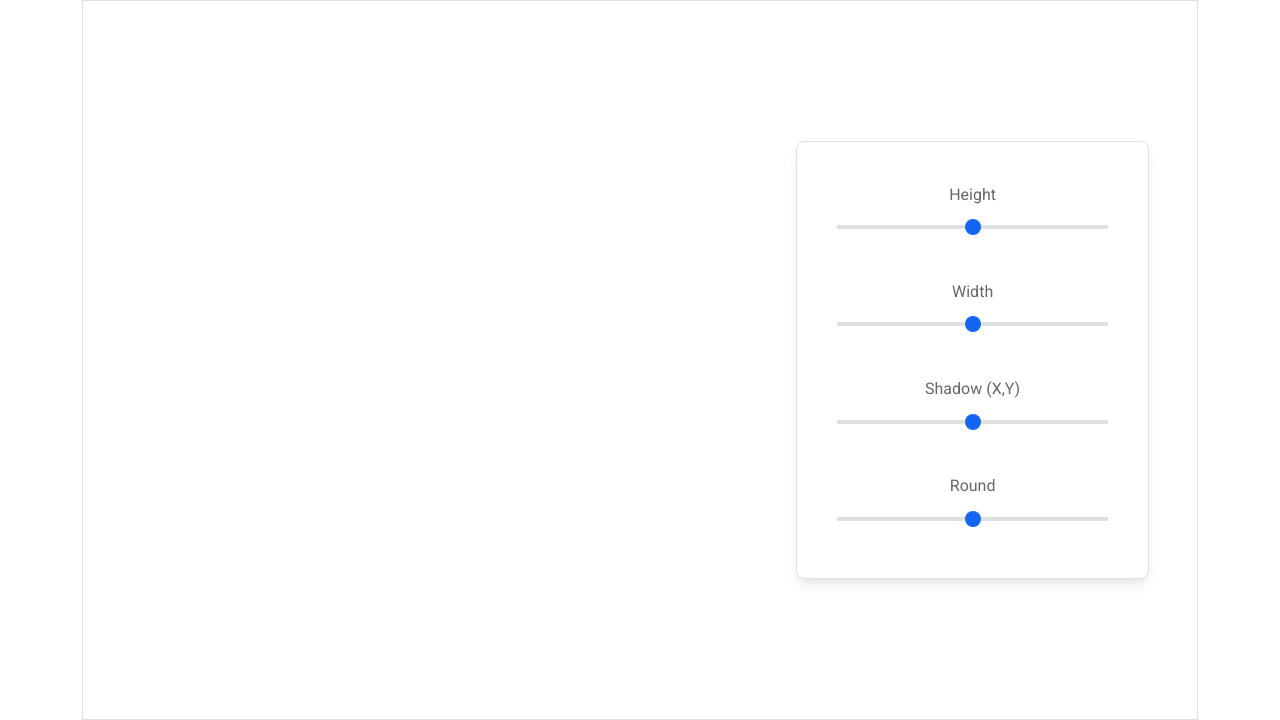
Repository: USaditya98/card-generator
Page: index.html
The author's editor kept a copy of each file at every save. The page is drawn from the files as they stood at one save, then again after a run of saves.
The browser window is 1280 px wide. The pictures show the whole page.

Above is the page before, as saved 2021-10-20 12:51:36.

After the next 2 saves:
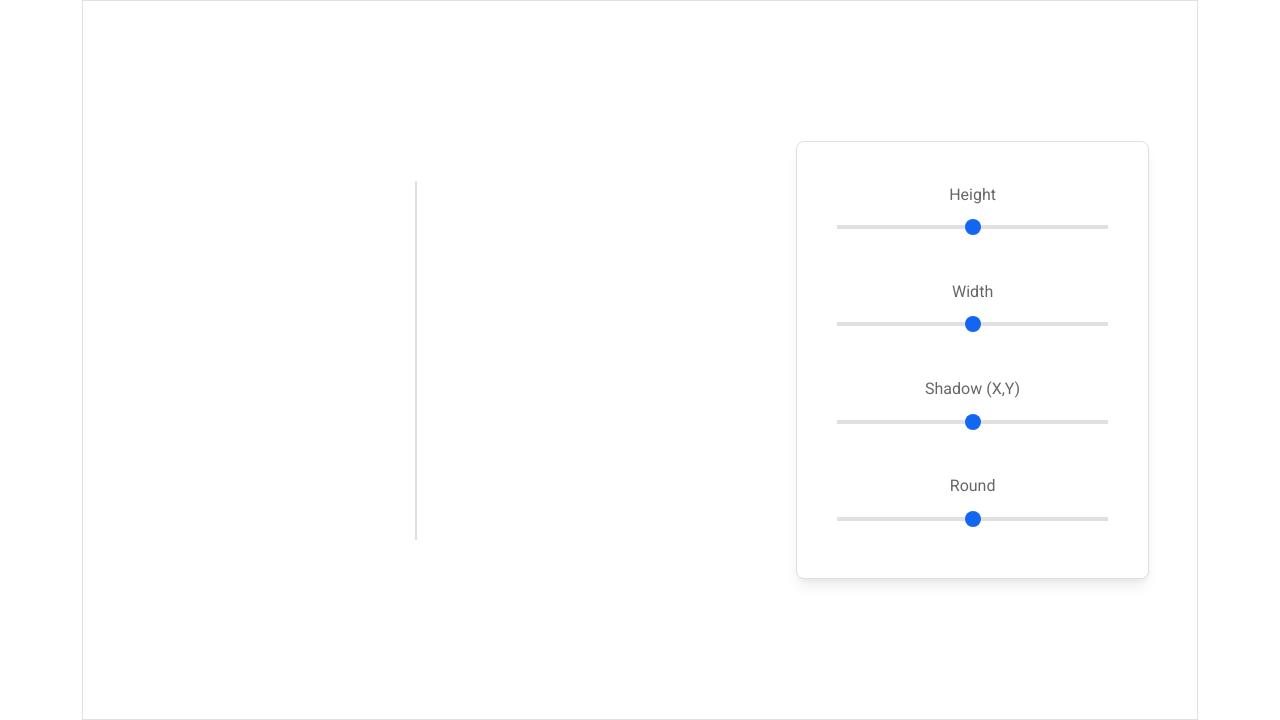
The 2 saves are shown as one change because they came seconds apart.
The last was saved 21 s later.
--- a/index.html
+++ b/index.html
@@ -22,7 +22,7 @@
     <div class="container">
       <div class="sm:flex-column d-flex justify-content-between align-items-center text-center border" style="height: 100vh;">
             <div class="d-flex justify-content-center w-100 h-50" >
-                <div class="text-center  " id="create">
+                <div class="text-center border " id="create">
                 </div>
             </div>
             <div class="sm-w-100 border w-50   p-4 mx-5 card">

After the 3 saves that followed:
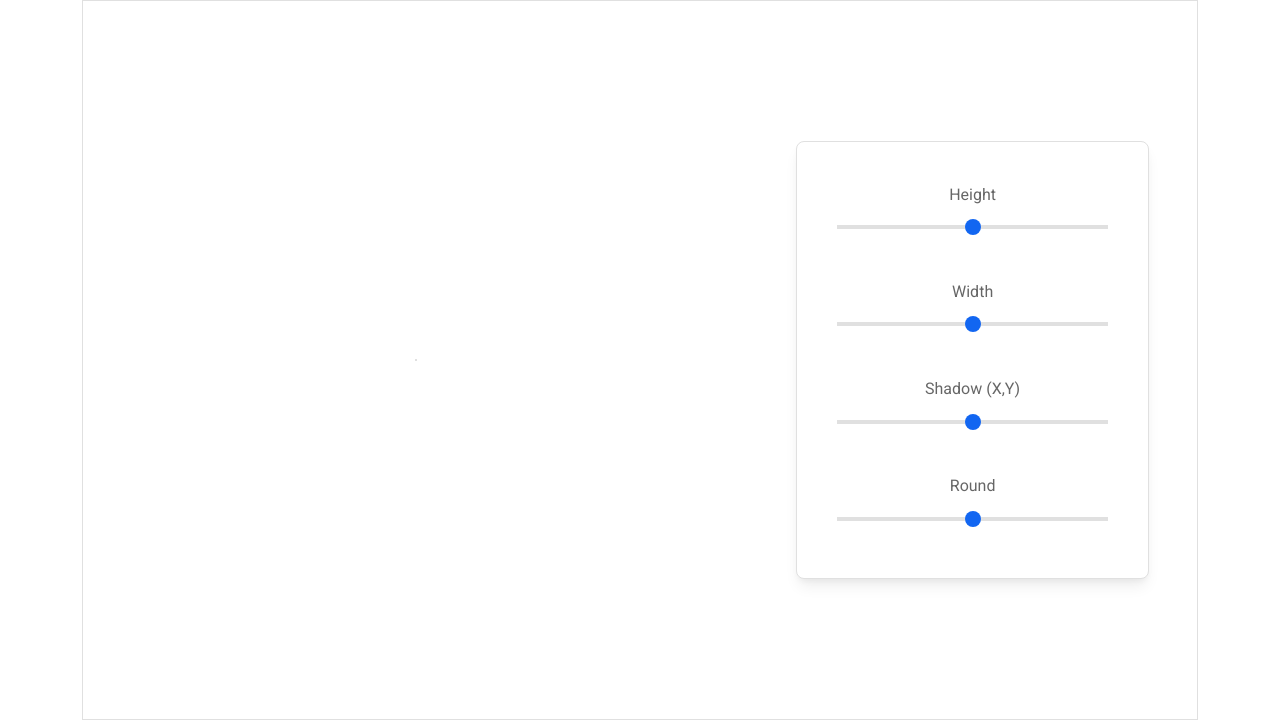
The 3 saves are shown as one change because 2 left the picture as it was.
The last was saved 35 s later.
--- a/index.html
+++ b/index.html
@@ -21,7 +21,7 @@
     <!-- Start your project here-->
     <div class="container">
       <div class="sm:flex-column d-flex justify-content-between align-items-center text-center border" style="height: 100vh;">
-            <div class="d-flex justify-content-center w-100 h-50" >
+            <div class="d-flex justify-content-center align-items-center w-100 h-50" >
                 <div class="text-center border " id="create">
                 </div>
             </div>
